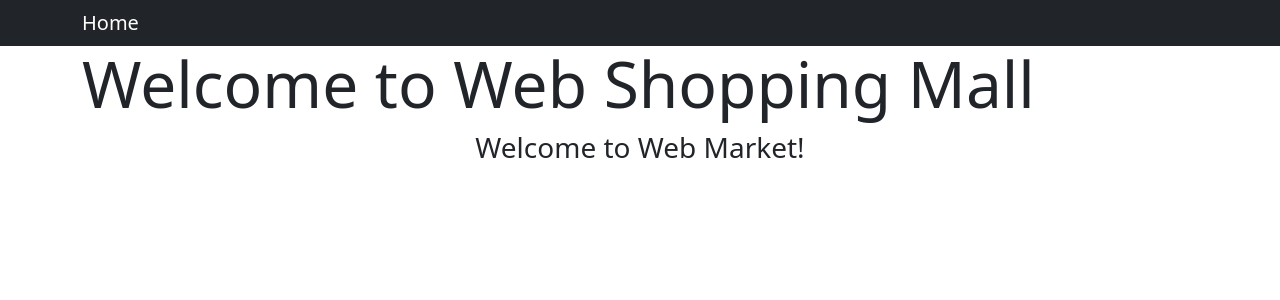
Repository: CheolHo-0428/JSP-Web-Programming
Page: http://localhost/WebMarket/welcome.jsp
The author's editor kept a copy of each file at every save. The page is drawn from the files as they stood at one save, then again after the next save.
The browser window is 1280 px wide. The pictures show the whole page.
The page is served by Tomcat 9.

Above is the page before, as saved 2021-05-06 14:48:18.

After the next save:
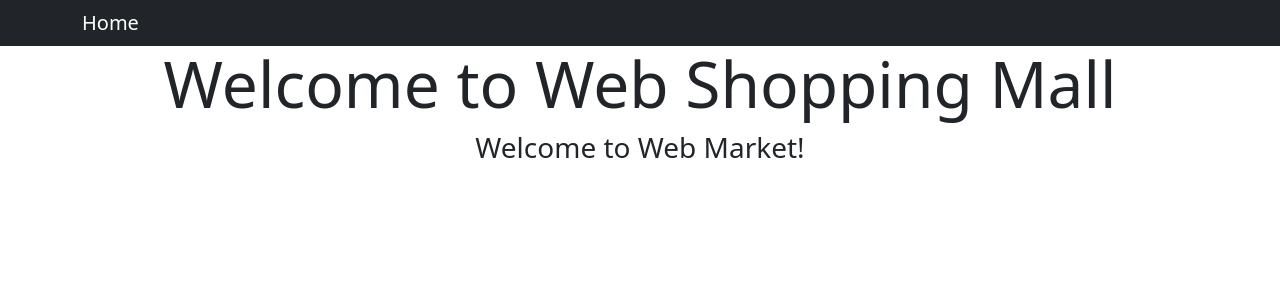
Saved 26 s later.
--- a/WebMarket/src/main/webapp/welcome.jsp
+++ b/WebMarket/src/main/webapp/welcome.jsp
@@ -23,8 +23,10 @@
 	%>
 	<div class = "jumbotron">
 		<div class = "container">
-			<h1 class = "display-3", "text-center">
-				<%= greeting %>
+			<h1 class = "display-3">
+				<div class = "text-center">
+					<%= greeting %>
+				</div>
 			</h1>
 		</div>
 	</div>
